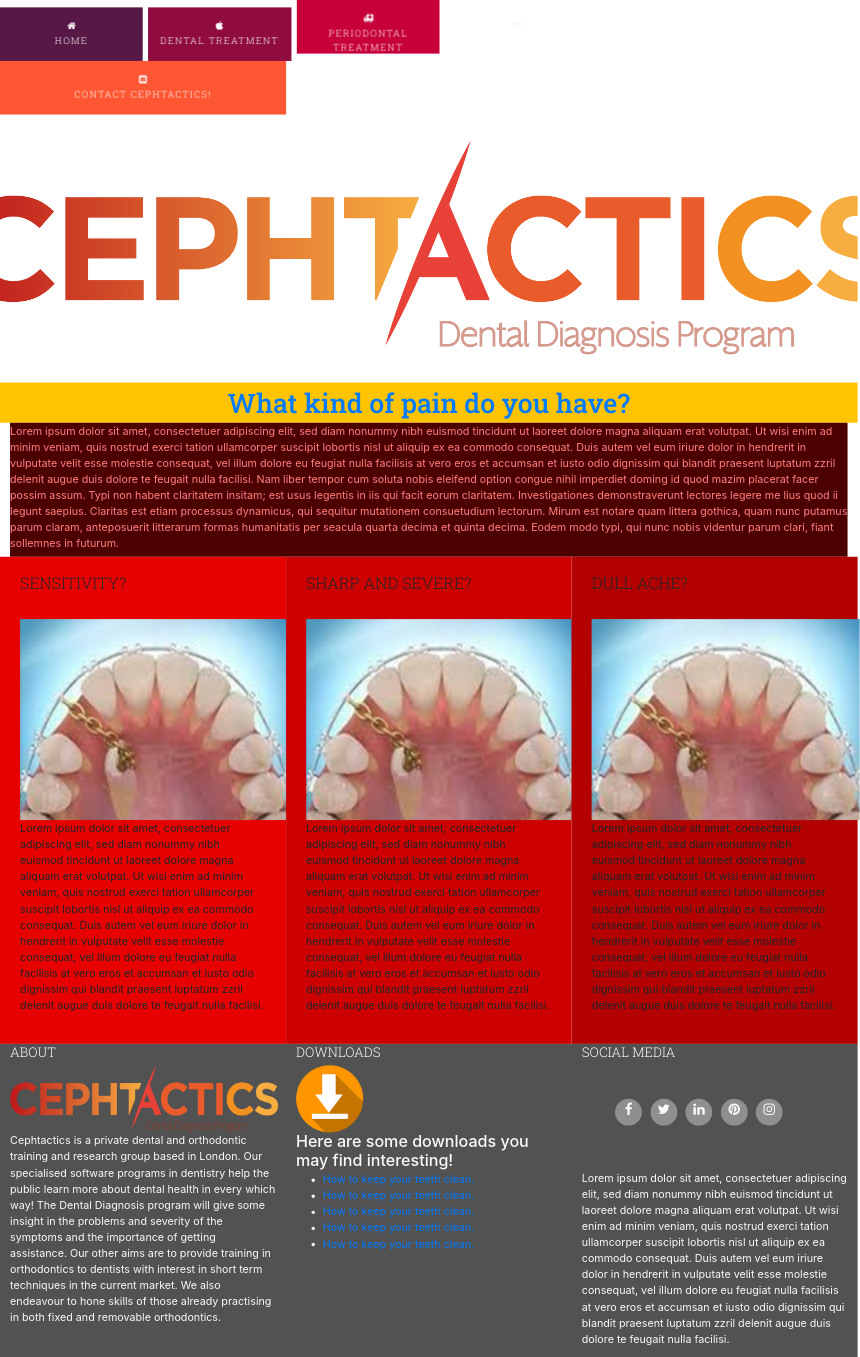
Repository: Code-Institute-Submissions/Rajjabbal-milestone-project
Page: 1dental.html
The author's editor kept a record of every edit. The page is drawn from the files as they stood at one moment, then again after the next edit.
The browser window is 1280 px wide. The page is 1283 px wide, so the pictures cover 1283 px, including what lies to the right of the window. The pictures show the whole page, at 67% of full size.
Some web libraries are served in a nearby version.

Above is the page before.

After the next edit:
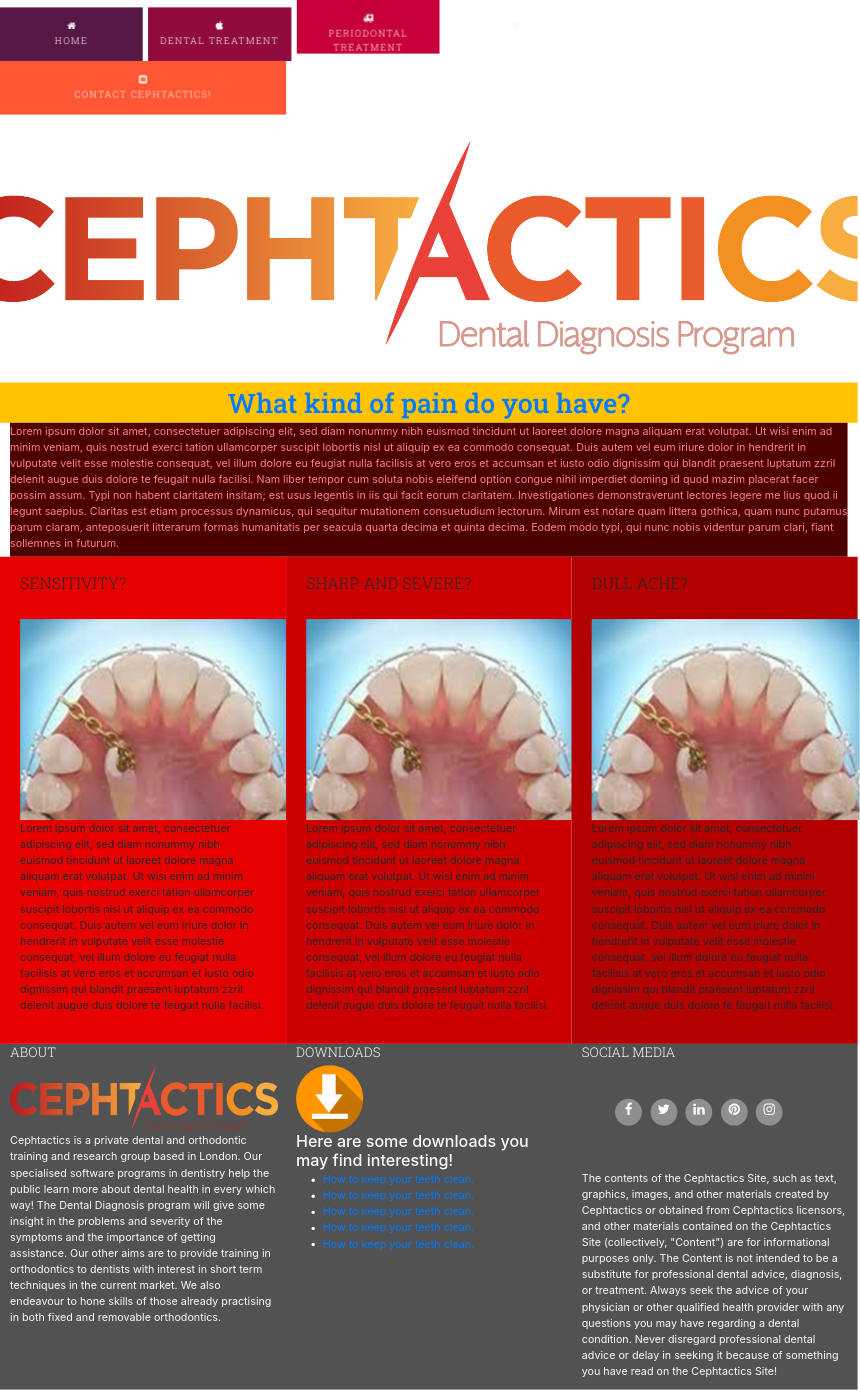
The edit:
--- a/1dental.html
+++ b/1dental.html
@@ -165,9 +165,9 @@
                         </a>
                     </li>
                 </ul>
-                <p class="inline-block">Lorem ipsum dolor sit amet, consectetuer adipiscing elit, sed diam nonummy nibh euismod tincidunt ut laoreet dolore magna aliquam erat volutpat. Ut wisi enim ad minim veniam, quis nostrud exerci tation ullamcorper suscipit lobortis nisl
-                    ut aliquip ex ea commodo consequat. Duis autem vel eum iriure dolor in hendrerit in vulputate velit esse molestie consequat, vel illum dolore eu feugiat nulla facilisis at vero eros et accumsan et iusto odio dignissim qui blandit praesent
-                    luptatum zzril delenit augue duis dolore te feugait nulla facilisi.</p>
+                <p class="inline-block">The contents of the Cephtactics Site, such as text, graphics, images, and other materials created by Cephtactics or obtained from Cephtactics licensors, and other materials contained on the Cephtactics Site (collectively, "Content") are
+                    for informational purposes only. The Content is not intended to be a substitute for professional dental advice, diagnosis, or treatment. Always seek the advice of your physician or other qualified health provider with any questions
+                    you may have regarding a dental condition. Never disregard professional dental advice or delay in seeking it because of something you have read on the Cephtactics Site!</p>
             </div>
 
         </div>
